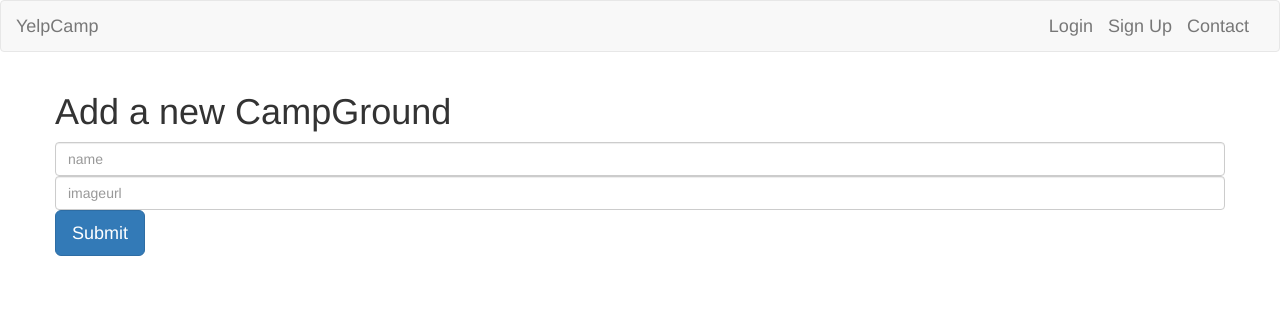
Repository: nittoorp/Web-Developement
Page: http://localhost/campground/new
The author's editor kept a record of every edit. The page is drawn from the files as they stood at one moment, then again after the next edit.
The browser window is 1280 px wide. The pictures show the whole page.
The page is served by the project's Node server (YelpCamp/v1/app.js).

Above is the page before.

After the next edit:
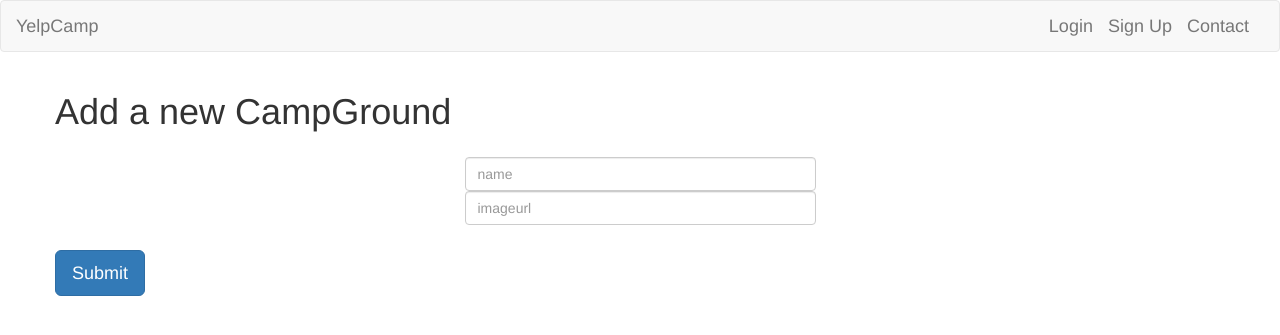
The edit:
--- a/YelpCamp/v1/views/new.ejs
+++ b/YelpCamp/v1/views/new.ejs
@@ -3,7 +3,7 @@
     <div class="row">
         <h1> Add a new CampGround</h1>
         <form action="/campground" method="post">
-           <div>
+           <div style="width:30%; margin: 25px auto;">
                  <input class="form-control" type="text" name="name" placeholder="name"/>
                  <input class="form-control" type="text" name="url" placeholder="imageurl"/>
            </div>
